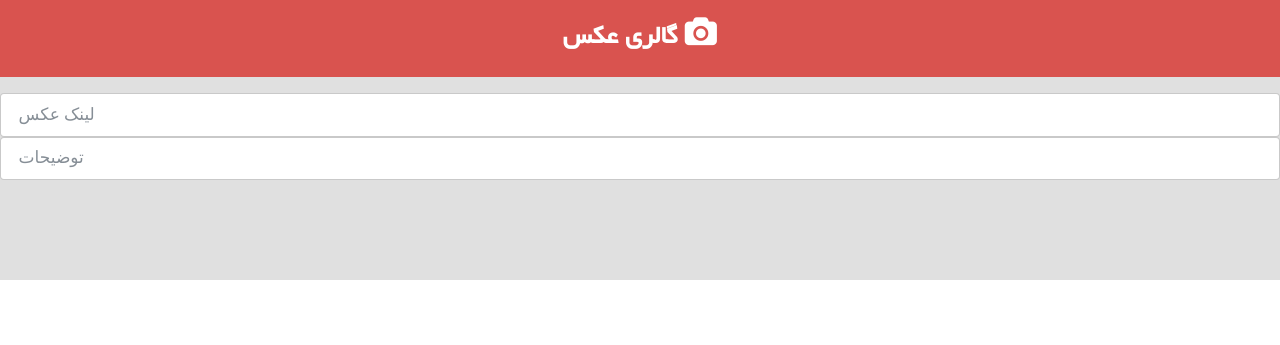
Repository: sadegh1379/PhotoWall-app
Page: /addphoto
An editor plug-in stored every save of this project. The page is shown before and after a run of saves, followed by the edit.
The browser window is 1280 px wide. The pictures show the whole page.
The project was rebuilt for these pictures with package versions that can differ from the ones it lists, and the page was loaded fresh each time. Also part of the build but not shown: src/Component/Photo.js, src/Component/PhotoWall.js.

Above is the page before, as saved 2020-02-22 13:17:07.

### public/index.html
<!DOCTYPE html>
<html lang="en">
  <head>
    <meta charset="utf-8" />
    <link rel="icon" href="%PUBLIC_URL%/favicon.ico" />
    <meta name="viewport" content="width=device-width, initial-scale=1" />
    <meta name="theme-color" content="#000000" />
    <link rel="stylesheet" href="https://stackpath.bootstrapcdn.com/font-awesome/4.7.0/css/font-awesome.min.css">
    <meta
      name="description"
      content="Web site created using create-react-app"
    />
    <link rel="apple-touch-icon" href="%PUBLIC_URL%/logo192.png" />
    <!--
      manifest.json provides metadata used when your web app is installed on a
      user's mobile device or desktop. See https://developers.google.com/web/fundamentals/web-app-manifest/
    -->
    <link rel="manifest" href="%PUBLIC_URL%/manifest.json" />
    <!--
      Notice the use of %PUBLIC_URL% in the tags above.
      It will be replaced with the URL of the `public` folder during the build.
      Only files inside the `public` folder can be referenced from the HTML.

      Unlike "/favicon.ico" or "favicon.ico", "%PUBLIC_URL%/favicon.ico" will
      work correctly both with client-side routing and a non-root public URL.
      Learn how to configure a non-root public URL by running `npm run build`.
    -->
    <title>React App</title>
  </head>
  <body>
    <noscript>You need to enable JavaScript to run this app.</noscript>
    <div id="root"></div>
    <!--
      This HTML file is a template.
      If you open it directly in the browser, you will see an empty page.

      You can add webfonts, meta tags, or analytics to this file.
      The build step will place the bundled scripts into the <body> tag.

      To begin the development, run `npm start` or `yarn start`.
      To create a production bundle, use `npm run build` or `yarn build`.
    -->
  </body>
</html>

### src/App.js
import React , { Component } from 'react';
import { BrowserRouter as Router , Route, Switch } from 'react-router-dom';
import Title from './Component/Title';
import PhotoWall from './Component/PhotoWall';
import './bootswatch.css';
import AddPhoto from './Component/AddPhoto';
import './App.css';

class App extends Component {

  constructor(){

      super()

      this.state = {
        posts : [
          {
            id : "0" ,
            description : "صادق اکبری" ,
            imageLink : "https://dkt6rvnu67rqj.cloudfront.net/cdn/ff/tpWy09V5tfN_Il2UBj8nPU4FZvPDpNBQSecbyXiqbuM/1574345660/public/styles/322x405/public/media/int_files/1008357.jpg?itok=c5qoLzeh"
          },
          {
           id : "1" ,
           description : "علی میرزایی" ,
           imageLink : "https://dkt6rvnu67rqj.cloudfront.net/cdn/ff/tpWy09V5tfN_Il2UBj8nPU4FZvPDpNBQSecbyXiqbuM/1574345660/public/styles/322x405/public/media/int_files/1008357.jpg?itok=c5qoLzeh"
         }
         ,{
           id : "5" ,
           description :" سارا ممبینی" ,
           imageLink :"https://thetyee.ca/Culture/2017/10/31/FawnLawn.jpg"

         },
         {
          id : "6" ,
          description : "صادق اکبری" ,
          imageLink : "https://dkt6rvnu67rqj.cloudfront.net/cdn/ff/tpWy09V5tfN_Il2UBj8nPU4FZvPDpNBQSecbyXiqbuM/1574345660/public/styles/322x405/public/media/int_files/1008357.jpg?itok=c5qoLzeh"
        },
        {
         id : "7" ,
         description : "علی میرزایی" ,
         imageLink : "https://www.iata.org/contentassets/d7c512eb9a704ba2a8056e3186a31921/cargo_live_animals_parrot.jpg?w=330&h=200&mode=crop&scale=both&v=20191213012337"
       }
       ,{
         id : "8" ,
         description :" سارا ممبینی" ,
         imageLink :"https://images.unsplash.com/photo-1497752531616-c3afd9760a11?ixlib=rb-1.2.1&w=1000&q=80"

       }
        ]

    }
  }

// Remove post
 onRemovePost = (removedPost) =>{

      this.setState((state)=>({
          posts : state.posts.filter(post => post !== removedPost)
      }))

  }

  render(){
      return (
        <div className="body">
              <Router>
                  <Title title="گالری عکس"/>
                  <Switch>

                      <Route exact path="/" render={()=>(
                              <div>
                                  <PhotoWall onRemovePost={this.onRemovePost} posts={this.state.posts}/>
                              </div>
                      )}/>

                        <Route exact path="/addphoto" component={AddPhoto}/>
                </Switch>
            </Router>
        </div>
      );
}
}

export default App;

### src/Component/Title.js
import React from 'react';
import PropTypes from 'prop-types';


function Title(props) {
    return (
            <p className=" bg-danger text-white py-3 p-title text-center">{props.title} <span className="fa fa-camera"></span></p>
    )
}

Title.propTypes = {
    title : PropTypes.string.isRequired
}

export default Title;

### src/Component/AddPhoto.js
import React, { Component } from 'react'

export class AddPhoto extends Component {
    render() {
        return (
            <div>
                <form>
                    <input type="text" placeholder="لینک عکس" className="form-control"/>
                    <input type="text" placeholder="توضیحات" className="form-control" />
                </form>
            </div>
        )
    }
}

export default AddPhoto;

### src/App.css
.p-title{
    font-size: 30px;
    color:white ;
    font-weight: bolder;
    font-family: 'Byekan';
}

.body{
    font-family: 'Brekan';
    background-color: #E0E0E0;
    padding-bottom: 100px;
}

 .photo-grid{
    /* max-width: 1000px; */
    margin: 0 auto;
    display: flex;
    flex-wrap: wrap;
    justify-content: center;
}

@font-face{
    font-family: 'Byekan';
    src:url('./Component/fonst/Yekan.ttf');
}

.photo-card{
  margin: 10px 10px;
  box-shadow: 5px 5px 5px 5px #888888;
}

.add-icon{
    text-align: center;
    margin: 20px auto;
    color:white  !important;
    background-color: rgb(62, 112, 75);
    padding: 20px;
    border-radius: 70px;


}

Loaded but not shown: src/index.js (common file); src/index.css (common file); src/bootswatch.css (library)

After the next 6 saves:
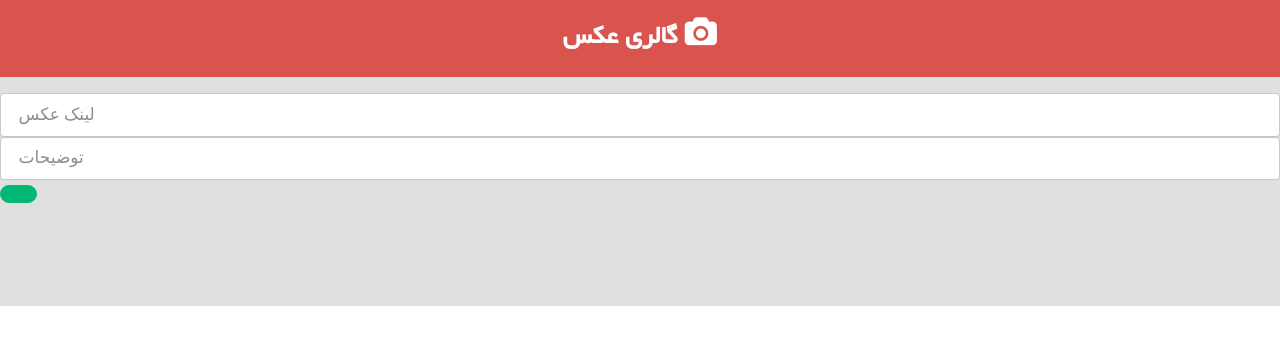
The 6 saves are shown as one change because 3 did not build or start and some came seconds apart.
The last was saved 30 s later.
--- a/src/Component/AddPhoto.js
+++ b/src/Component/AddPhoto.js
@@ -7,6 +7,7 @@ export class AddPhoto extends Component {
                 <form>
                     <input type="text" placeholder="لینک عکس" className="form-control"/>
                     <input type="text" placeholder="توضیحات" className="form-control" />
+                    <button type="submit" className="btn btn-success "></button>
                 </form>
             </div>
         )
